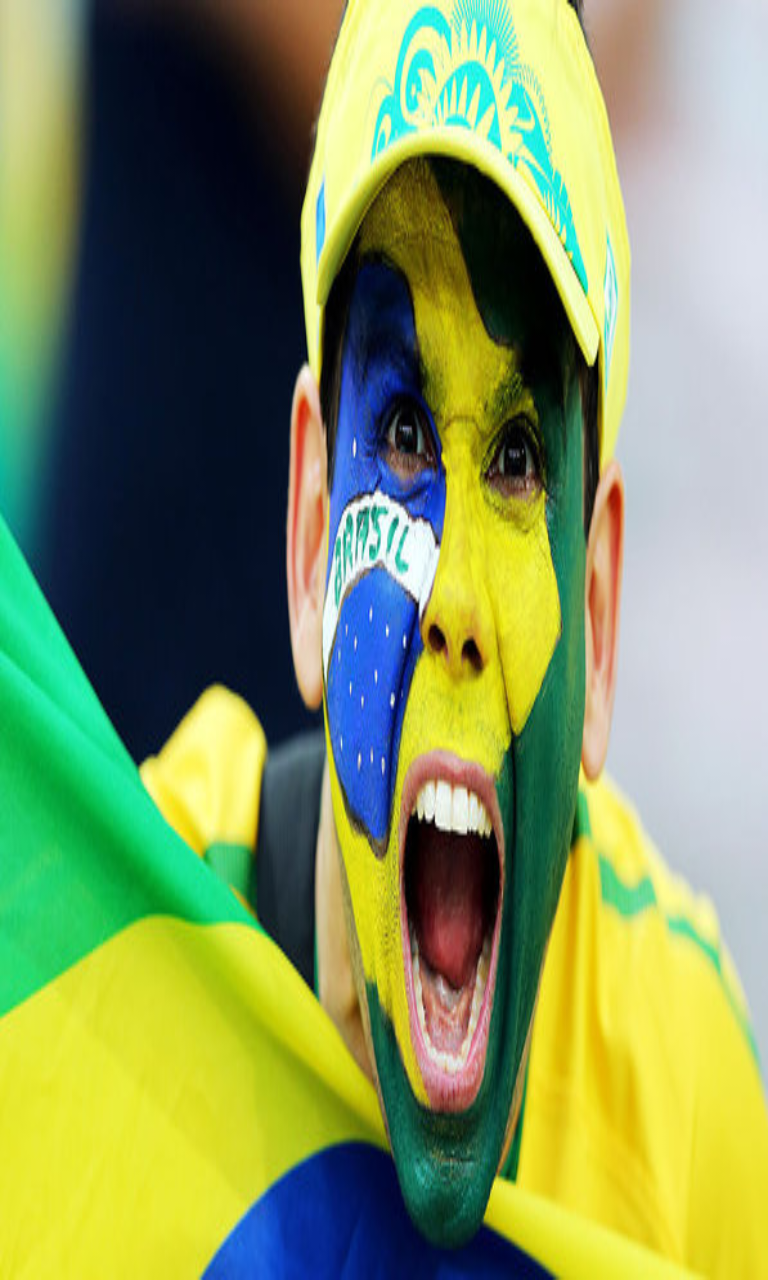
Repository: wellingtondessuy/AppLearning
Layout: HappyApp/res/layout/fragment_2.xml
These files come from the project's save history. The layout is drawn as it stood at one moment and after the next save; the edit follows.
It is drawn on a 768 x 1280 px phone screen (xhdpi) without system bars, with theme AppTheme; the app's code is not run.

Above is the layout before, as saved 2015-05-22 13:52:12.

### HappyApp/res/layout/fragment_2.xml
<RelativeLayout xmlns:android="http://schemas.android.com/apk/res/android"
    xmlns:tools="http://schemas.android.com/tools"
    android:layout_width="match_parent"
    android:layout_height="match_parent"
    android:background="@drawable/back_1"
    tools:context="com.example.happyapp.MainActivity$PlaceholderFragment" >

</RelativeLayout>

Loaded but not shown: HappyApp/res/values/styles.xml (common file); HappyApp/res/values-v11/styles.xml (common file); HappyApp/res/values-v14/styles.xml (common file)

After the next save:
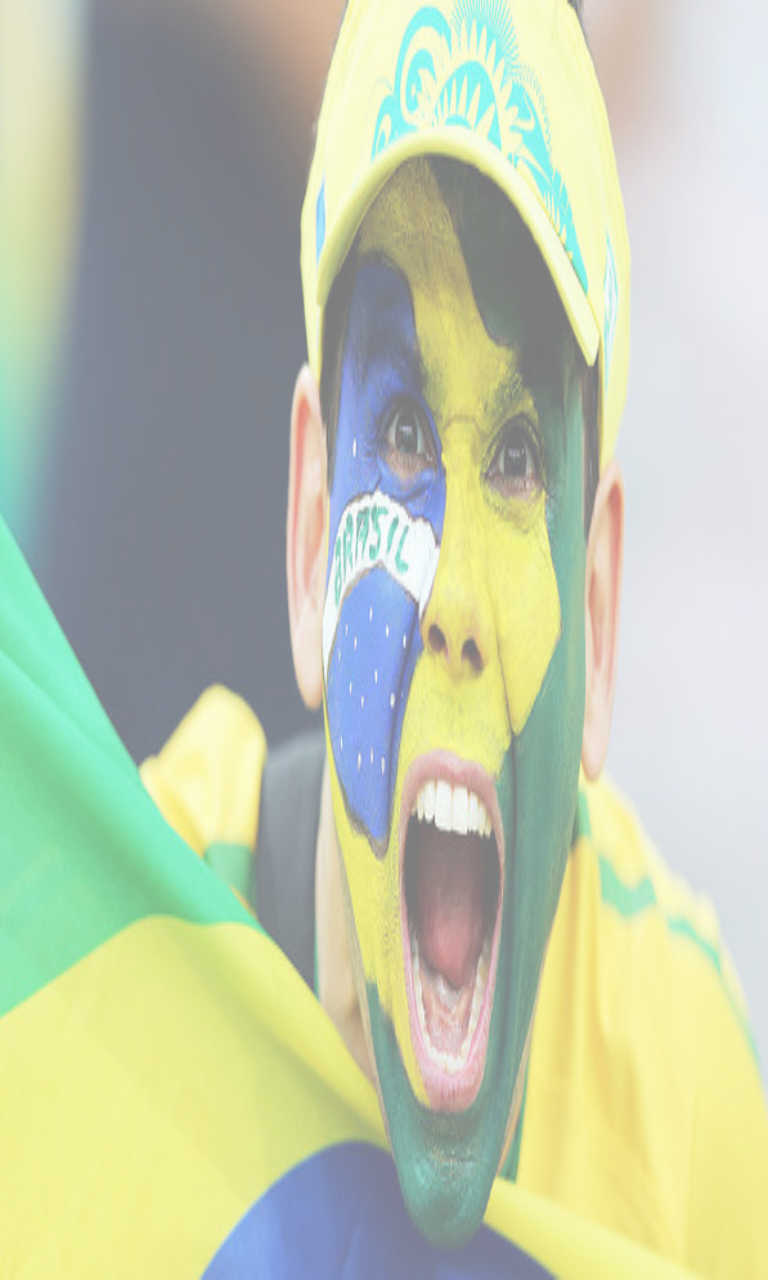
Saved 4 s later.
--- a/HappyApp/res/layout/fragment_2.xml
+++ b/HappyApp/res/layout/fragment_2.xml
@@ -3,6 +3,7 @@
     android:layout_width="match_parent"
     android:layout_height="match_parent"
     android:background="@drawable/back_1"
+    android:alpha="0.5"
     tools:context="com.example.happyapp.MainActivity$PlaceholderFragment" >
 
 </RelativeLayout>
